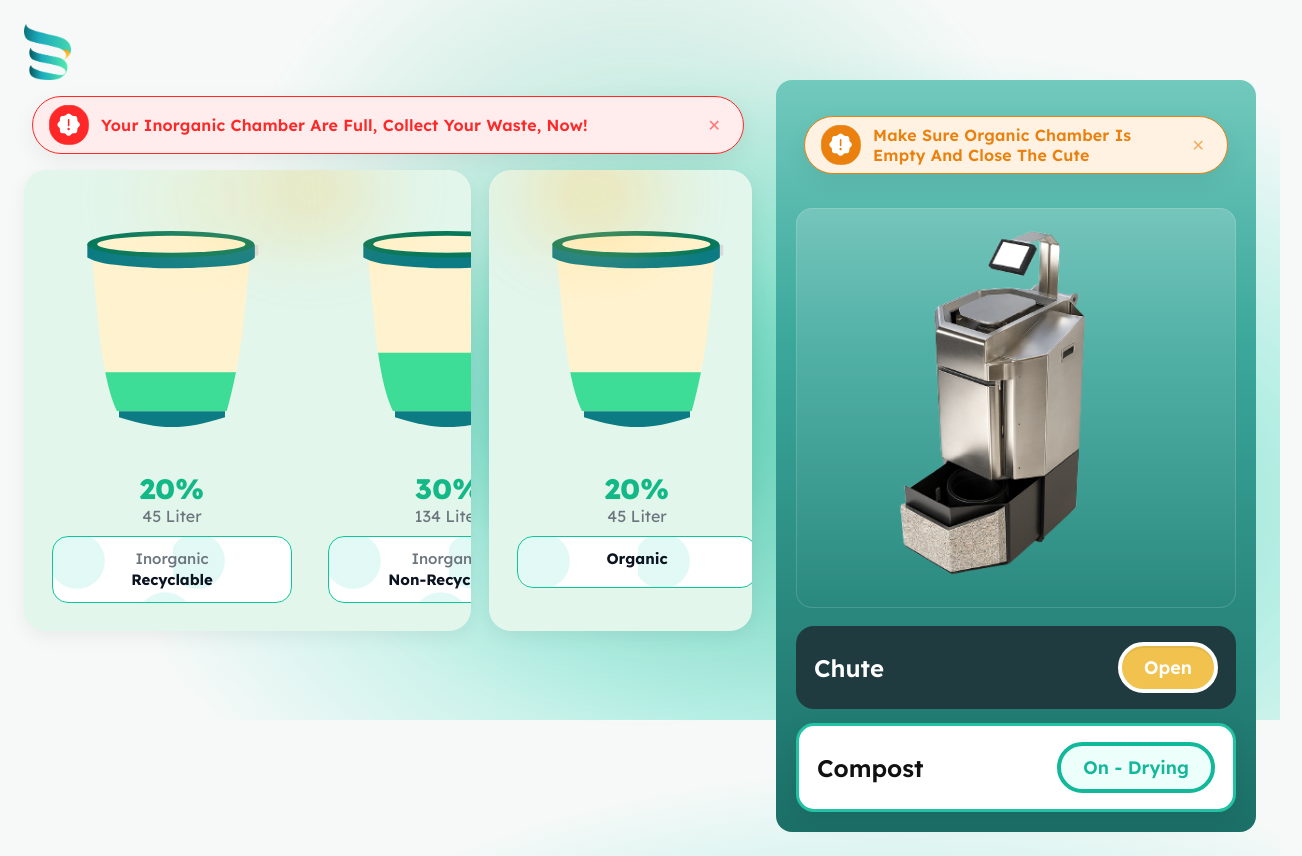
Repository: william-saputra/nusabin
Page: pages/homepage.html
These files come from the project's save history. The page is drawn as it stood at one moment and after the next save; the edit follows.
The browser window is 1280 px wide. The page is 1302 px wide, then 1280 px, then 1302 px, so the pictures cover 1302 px, including what lies to the right of the window. The pictures show the whole page.
Backgrounds fixed to the window are drawn as part of the page.

Above is the page before, as saved 2025-08-13 01:52:55.

After the next save:
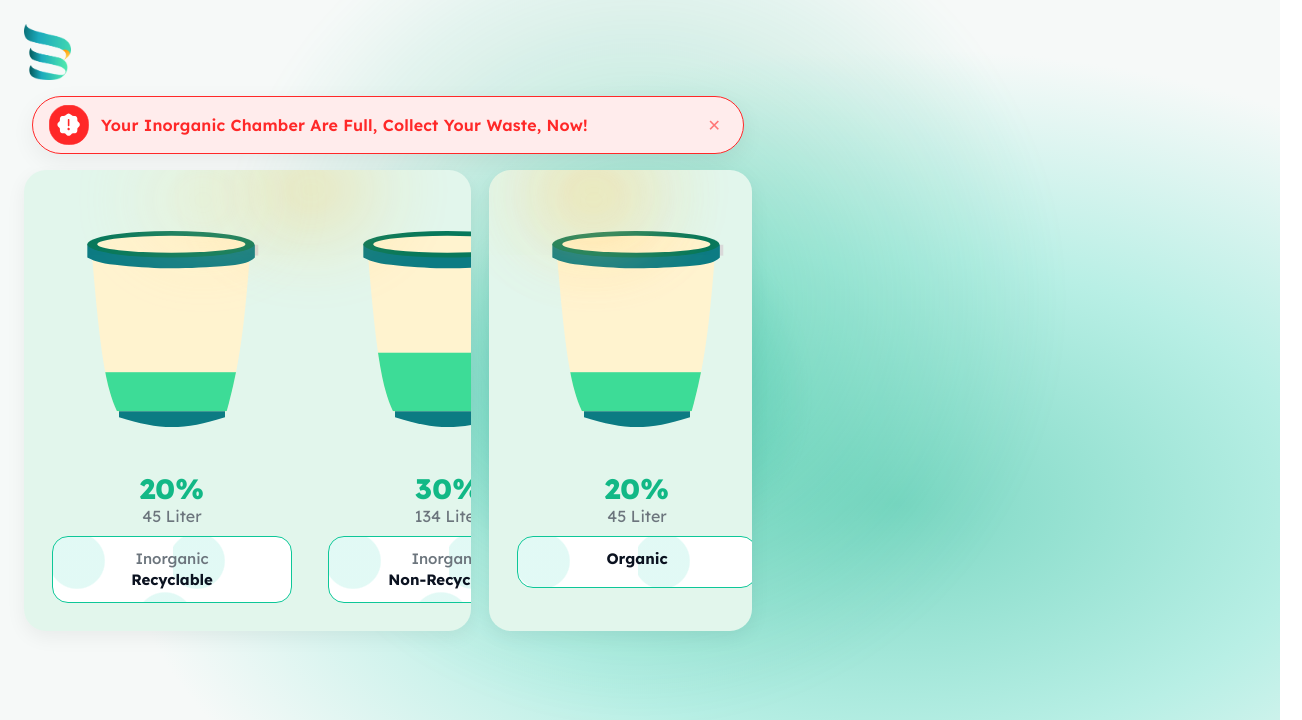
Saved 4 min 8 s later.
--- a/pages/homepage.html
+++ b/pages/homepage.html
@@ -107,7 +107,7 @@
           </div>
         </div>
 
-        <aside class="right-panel">
+        <!-- <aside class="right-panel">
           <section class="alerts no-nav">
             <div class="alert pill no-nav" data-variant="warning" data-alert-id="right-alert">
               <img class="alert-icon" src="../assets/icons/orange_alert.svg" alt="alert" width="40" height="40" />
@@ -130,7 +130,7 @@
               <div class="status-pill pill-on no-nav">On - Drying</div>
             </div>
           </div>
-        </aside>
+        </aside> -->
       </main>
       <div class="page-bottom-decor" aria-hidden="true"></div>
       <div class="page-left-glow" aria-hidden="true"></div>

After the save that followed:
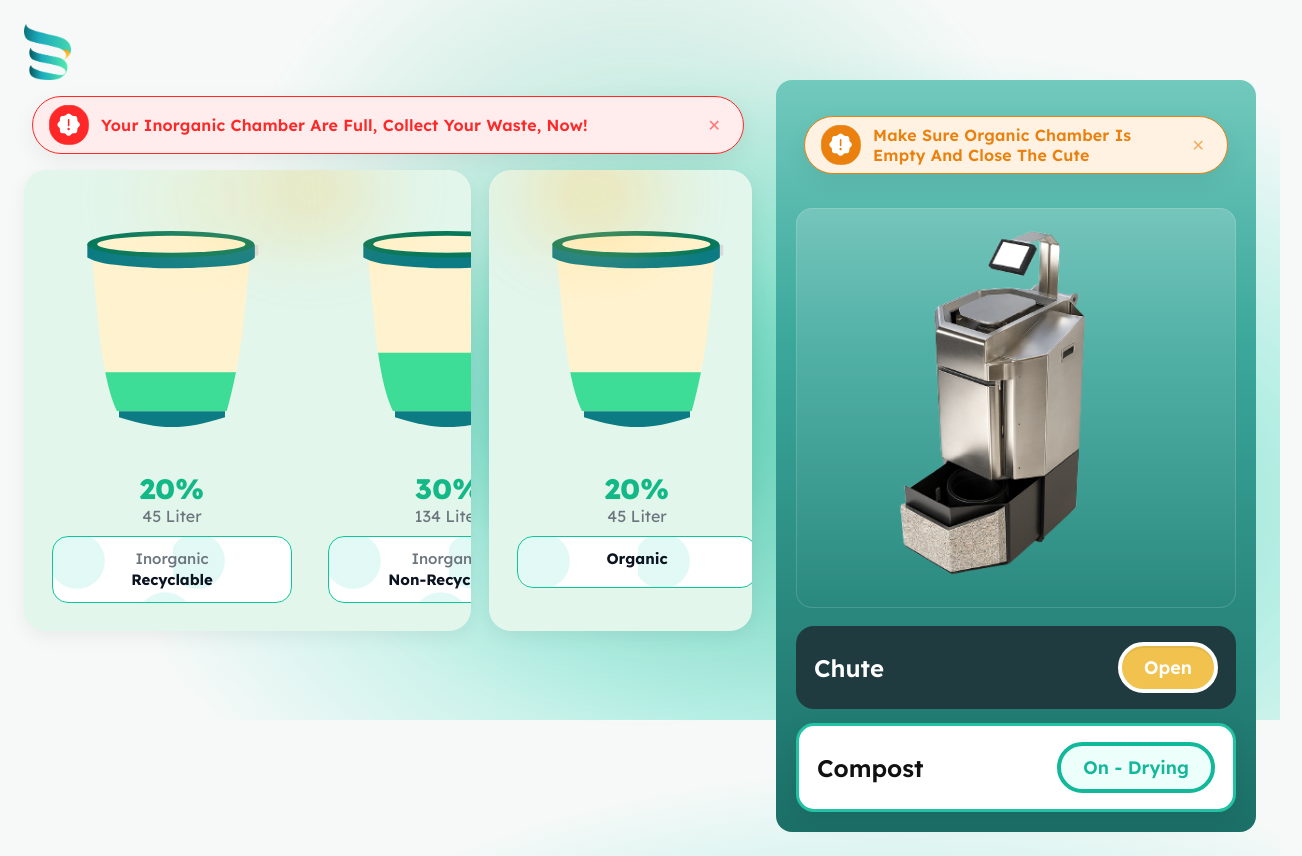
Saved 117 s later.
--- a/pages/homepage.html
+++ b/pages/homepage.html
@@ -107,7 +107,7 @@
           </div>
         </div>
 
-        <!-- <aside class="right-panel">
+        <aside class="right-panel">
           <section class="alerts no-nav">
             <div class="alert pill no-nav" data-variant="warning" data-alert-id="right-alert">
               <img class="alert-icon" src="../assets/icons/orange_alert.svg" alt="alert" width="40" height="40" />
@@ -130,7 +130,7 @@
               <div class="status-pill pill-on no-nav">On - Drying</div>
             </div>
           </div>
-        </aside> -->
+        </aside>
       </main>
       <div class="page-bottom-decor" aria-hidden="true"></div>
       <div class="page-left-glow" aria-hidden="true"></div>
